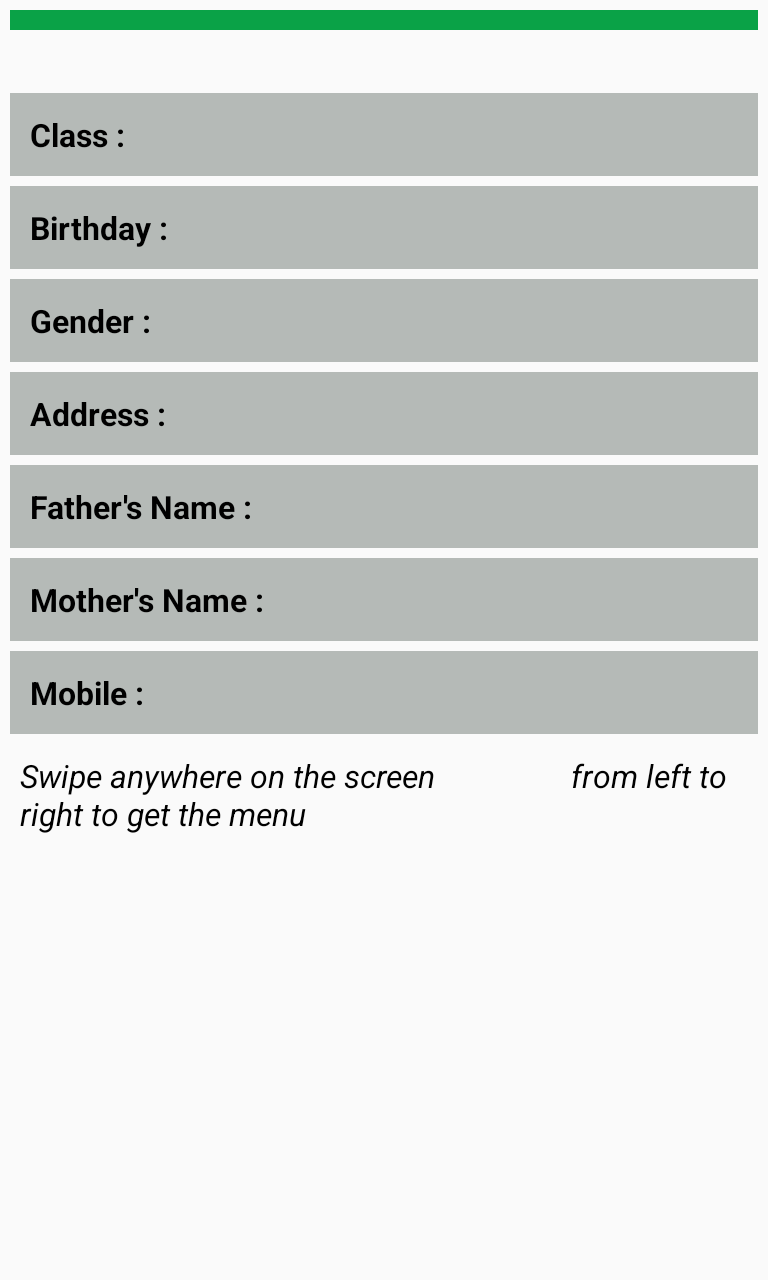
Repository: iguardian2015/iguardian-litchi
Layout: iguardian/res/layout/costum_main_student.xml
These files come from the project's save history. The layout is drawn as it stood at one moment and after the next save; the edit follows.
It is drawn on a 768 x 1280 px phone screen (xhdpi) without system bars, with theme AppTheme; the app's code is not run.

Above is the layout before, as saved 2015-01-03 21:37:24.

After the next save:
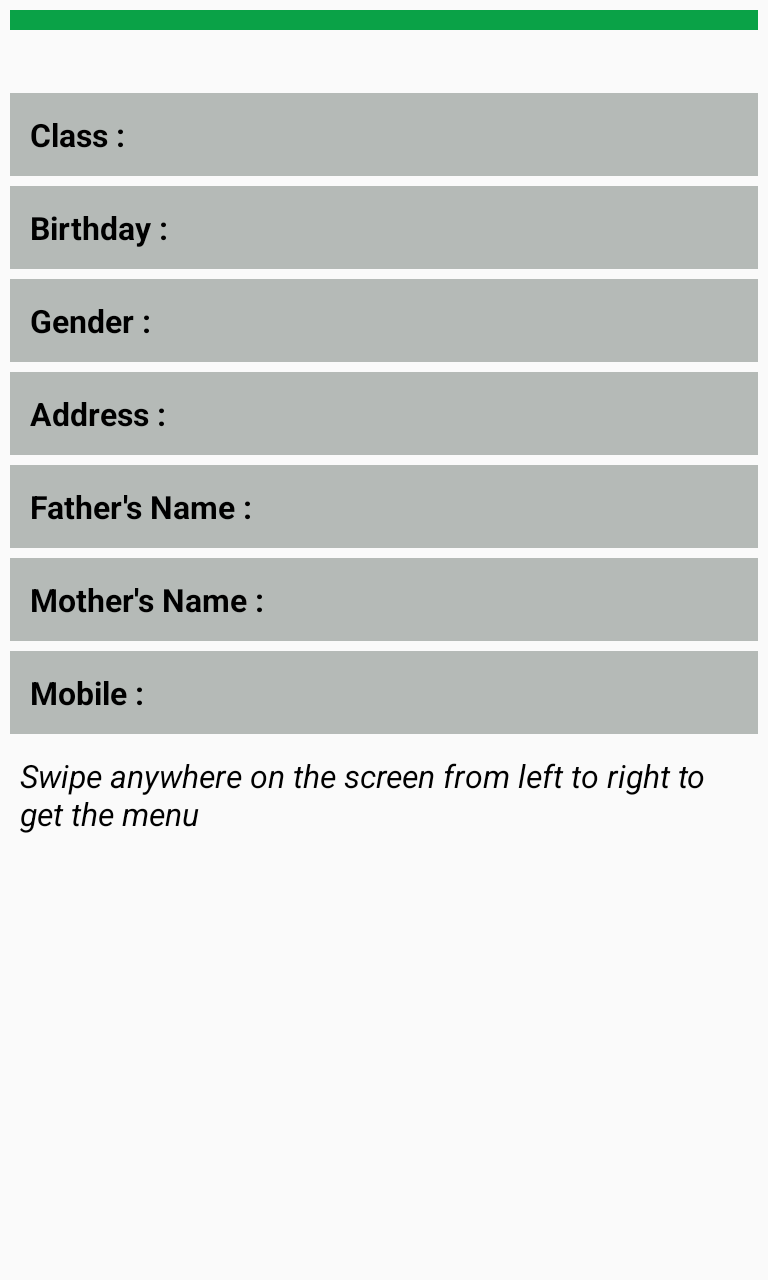
Saved 49 s later.
--- a/iguardian/res/layout/costum_main_student.xml
+++ b/iguardian/res/layout/costum_main_student.xml
@@ -247,8 +247,7 @@
             android:layout_height="wrap_content"
             android:gravity="left"
             android:padding="5dp"
-            android:text="Swipe anywhere on the screen
-                from left to right to get the menu"
+            android:text="Swipe anywhere on the screen from left to right to get the menu"
             android:textColor="#000000"
             android:textSize="16sp"
             android:textStyle="italic" />

After the save that followed:
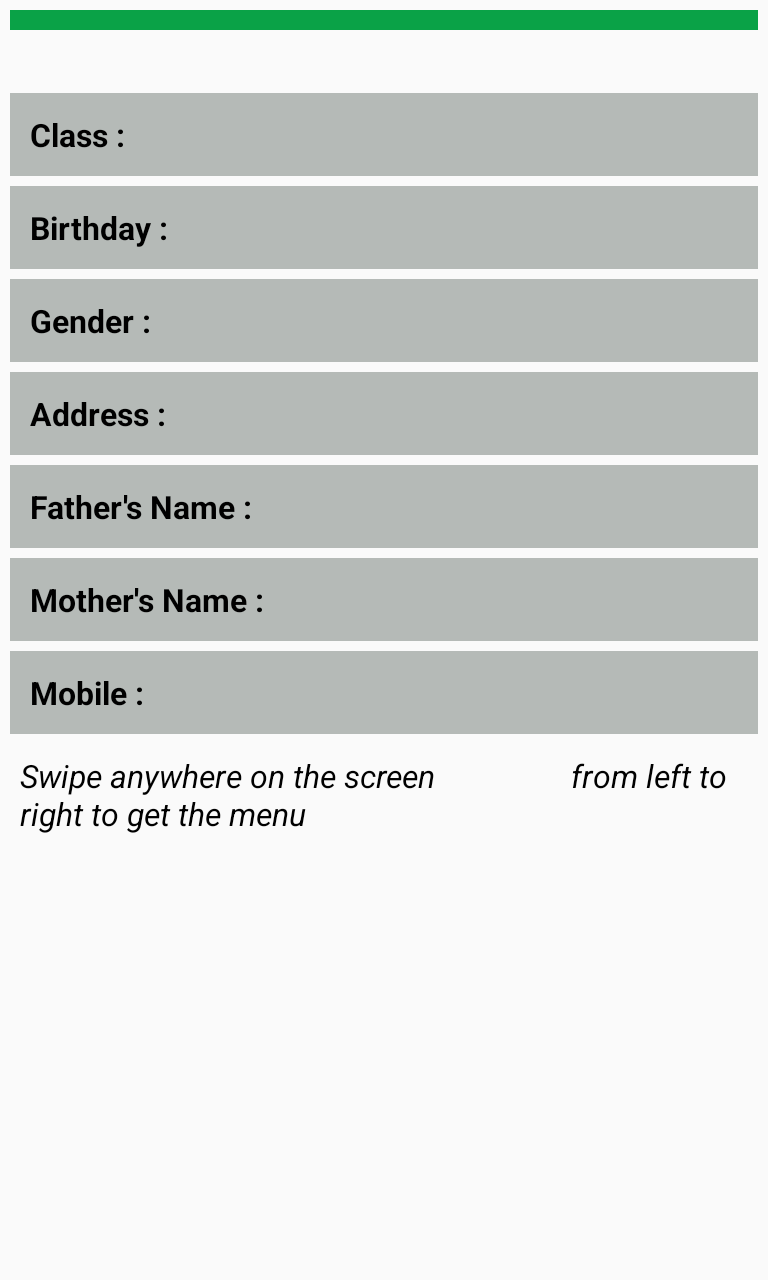
Saved 21 s later.
--- a/iguardian/res/layout/costum_main_student.xml
+++ b/iguardian/res/layout/costum_main_student.xml
@@ -242,15 +242,16 @@
         </LinearLayout>
 
         <TextView
-            android:id="@+id/swipe_anywhere"
-            android:layout_width="wrap_content"
-            android:layout_height="wrap_content"
-            android:gravity="left"
-            android:padding="5dp"
-            android:text="Swipe anywhere on the screen from left to right to get the menu"
-            android:textColor="#000000"
-            android:textSize="16sp"
-            android:textStyle="italic" />
+                android:id="@+id/swipe_anywhere"
+                android:layout_width="wrap_content"
+                android:layout_height="wrap_content"
+                android:gravity="left"
+                android:padding="5dp"
+                android:text="Swipe anywhere on the screen
+                from left to right to get the menu"
+                android:textColor="#000000"
+                android:textSize="16sp"
+                android:textStyle="italic" />
 
 
     </LinearLayout>
